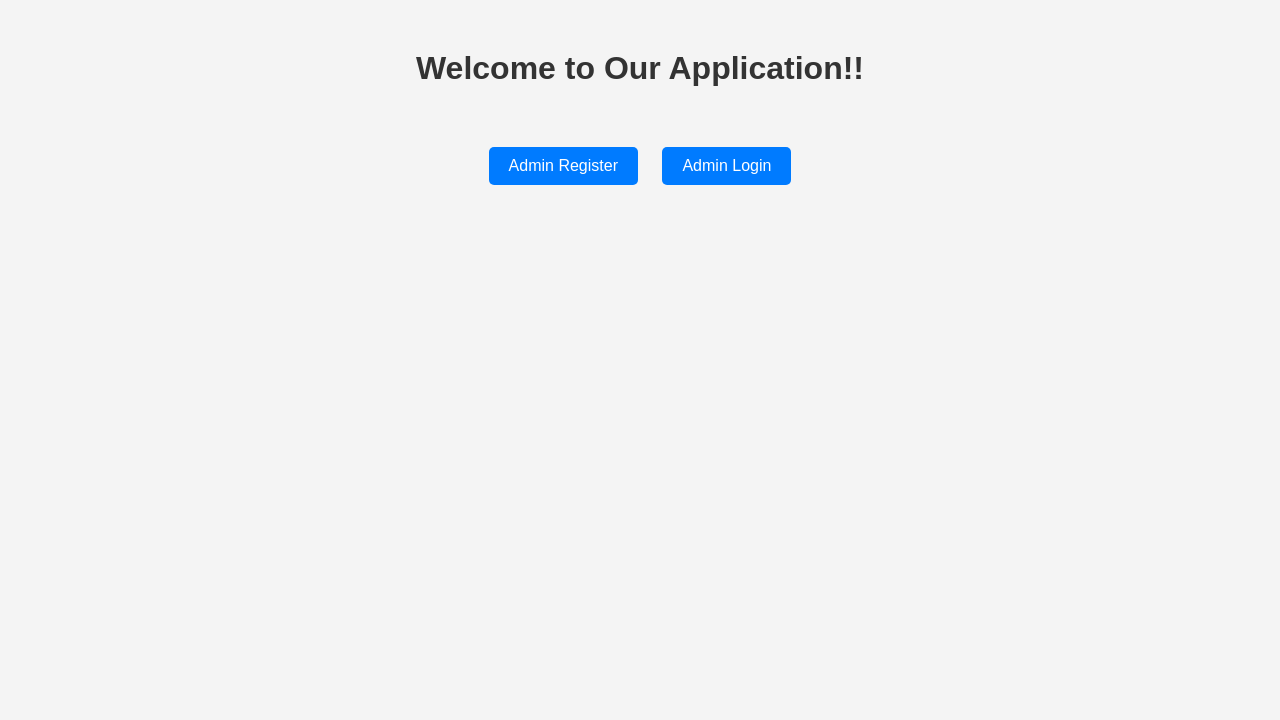
Repository: Purnima-Kushwah11/Online-Product-Management-System
Page: RegistartionProject/src/main/webapp/home.html
The author's editor kept a copy of each file at every save. The page is drawn from the files as they stood at one save, then again after the next save.
The browser window is 1280 px wide. The pictures show the whole page.

Above is the page before, as saved 2025-02-18 18:55:58.

### RegistartionProject/src/main/webapp/home.html
<!DOCTYPE html>
<html lang="en">
<head>
    <meta charset="UTF-8">
    <meta name="viewport" content="width=device-width, initial-scale=1.0">
    <title>Welcome - Our Application</title>
    <style>
        body {
            font-family: Arial, sans-serif;
            text-align: center;
            background-color: #f4f4f4;
            margin: 0;
            padding: 0;
        }
        h1 {
            color: #333;
            margin-top: 50px;
        }
        .container {
            margin-top: 50px;
        }
        .btn {
            display: inline-block;
            padding: 10px 20px;
            margin: 10px;
            font-size: 16px;
            text-decoration: none;
            color: white;
            background-color: #007bff;
            border-radius: 5px;
            transition: 0.3s;
        }
        .btn:hover {
            background-color: #0056b3;
        }
    </style>
    <script>
        function showMessage() {
            alert("Welcome to our application!");
        }
    </script>
</head>
<body onload="showMessage()">

    <h1>Welcome to Our Application!!</h1>
    <div class="container">
        <a href="Admin.register" class="btn">Admin Register</a>
        <a href="Admin.login" class="btn">Admin Login</a>
    </div>

</body>
</html>

After the next save:
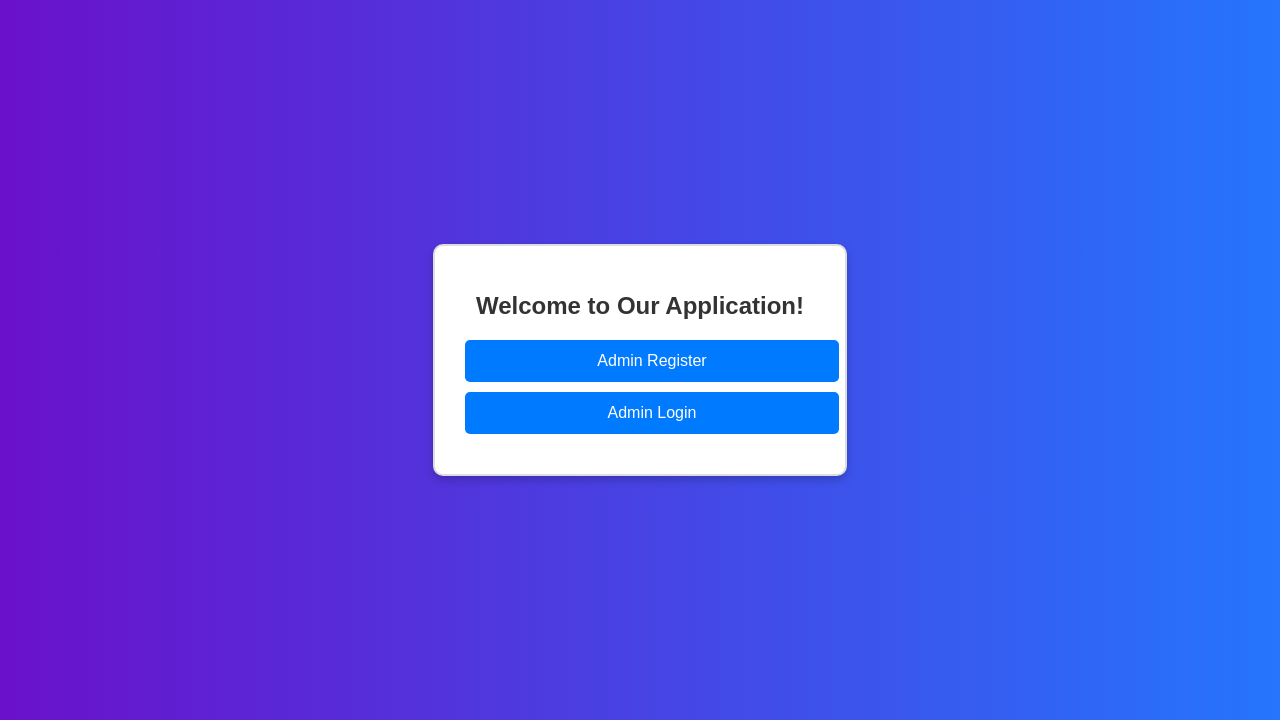
Saved 73 s later.
--- a/RegistartionProject/src/main/webapp/home.html
+++ b/RegistartionProject/src/main/webapp/home.html
@@ -5,31 +5,52 @@
     <meta name="viewport" content="width=device-width, initial-scale=1.0">
     <title>Welcome - Our Application</title>
     <style>
+        /* Background Styling */
         body {
             font-family: Arial, sans-serif;
-            text-align: center;
-            background-color: #f4f4f4;
+            background: linear-gradient(to right, #6a11cb, #2575fc);
             margin: 0;
             padding: 0;
+            display: flex;
+            justify-content: center;
+            align-items: center;
+            height: 100vh;
         }
+
+        /* Card Layout */
+        .container {
+            background: white;
+            padding: 30px;
+            border-radius: 10px;
+            box-shadow: 0 4px 8px rgba(0, 0, 0, 0.2);
+            text-align: center;
+            width: 350px;
+            border: 2px solid #ddd;
+        }
+
+        /* Heading Style */
         h1 {
             color: #333;
-            margin-top: 50px;
+            font-size: 24px;
+            margin-bottom: 20px;
         }
-        .container {
-            margin-top: 50px;
-        }
+
+        /* Button Styling */
         .btn {
-            display: inline-block;
-            padding: 10px 20px;
-            margin: 10px;
+            display: block;
+            width: 100%;
+            padding: 12px;
+            margin: 10px 0;
             font-size: 16px;
             text-decoration: none;
             color: white;
             background-color: #007bff;
             border-radius: 5px;
             transition: 0.3s;
+            border: none;
+            text-align: center;
         }
+
         .btn:hover {
             background-color: #0056b3;
         }
@@ -42,8 +63,8 @@
 </head>
 <body onload="showMessage()">
 
-    <h1>Welcome to Our Application!!</h1>
     <div class="container">
+        <h1>Welcome to Our Application!</h1>
         <a href="Admin.register" class="btn">Admin Register</a>
         <a href="Admin.login" class="btn">Admin Login</a>
     </div>
